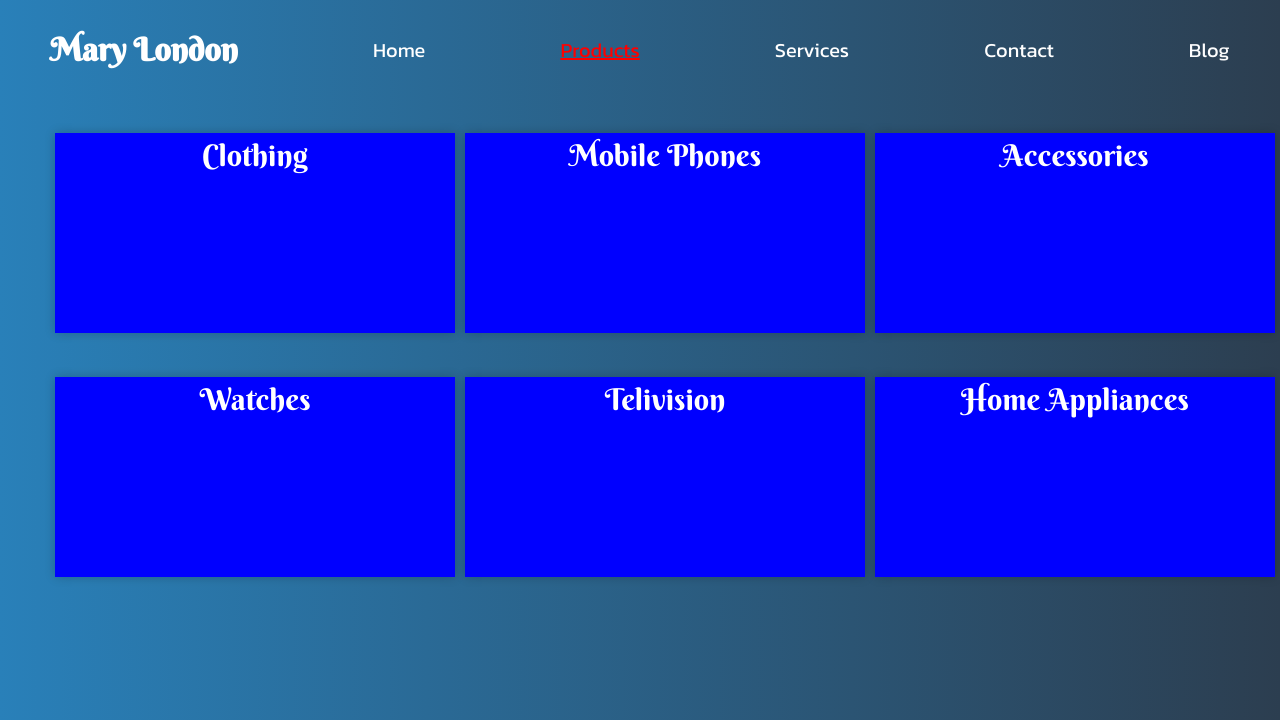
Repository: Habeebur1493/test2
Page: /products
An editor plug-in stored every save of this project. The page is shown before and after the next save, followed by the edit.
The browser window is 1280 px wide. The pictures show the whole page.
The project was rebuilt for these pictures with package versions that can differ from the ones it lists, and the page was loaded fresh each time. Also part of the build but not shown: vite.config.js, src/Frontend/Loader/loaderstyle.css, src/Frontend/Firstpage/Home.jsx, src/Frontend/Firstpage/Services.jsx, src/Frontend/Firstpage/Contact.jsx, src/Frontend/Firstpage/Blog.jsx, src/Frontend/Firstpage/ClothingDetails.jsx.

Above is the page before, as saved 2024-12-27 01:19:46.

After the next save:
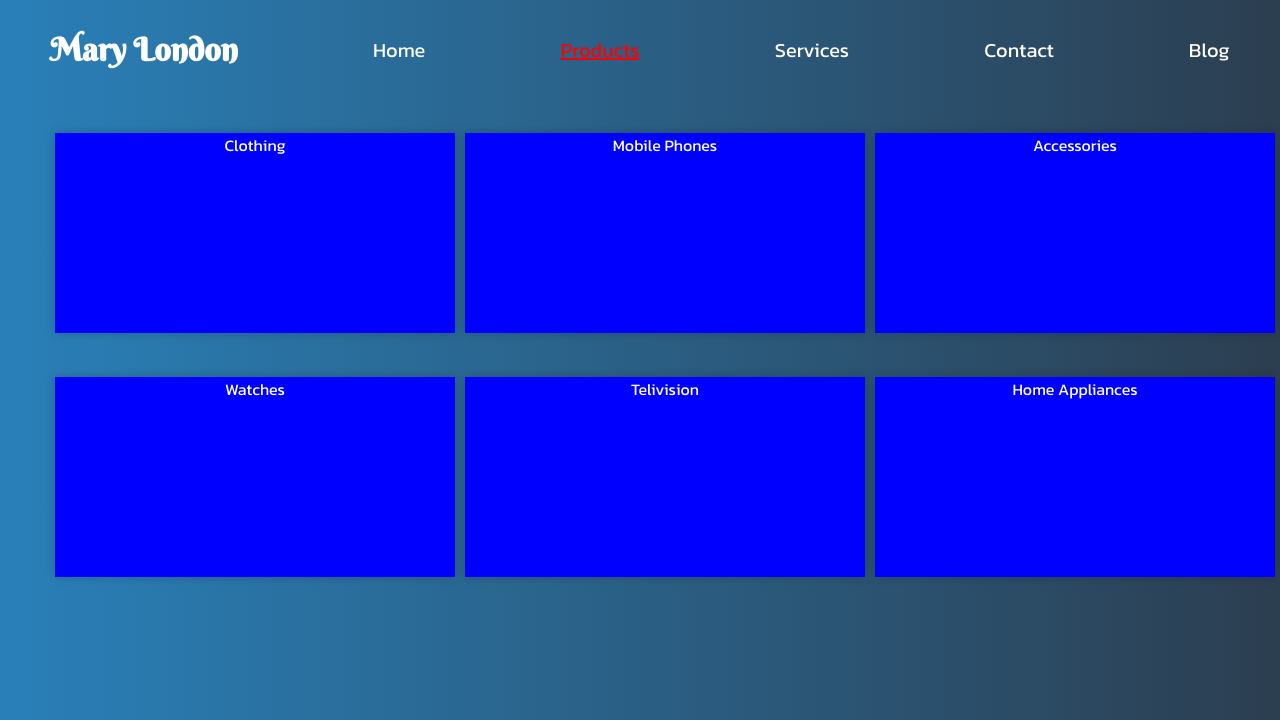
Saved 87 s later.
--- a/src/Frontend/Firstpage/page1.css
+++ b/src/Frontend/Firstpage/page1.css
@@ -187,7 +187,7 @@ nav h1{
   .container h1{
     text-align: center;
     color: #fff;
-    font-family: Berkshire Swash;
+    font-family: 'Gill Sans', 'Gill Sans MT', Calibri, 'Trebuchet MS', sans-serif
     font-size: 30px;
   }
 
